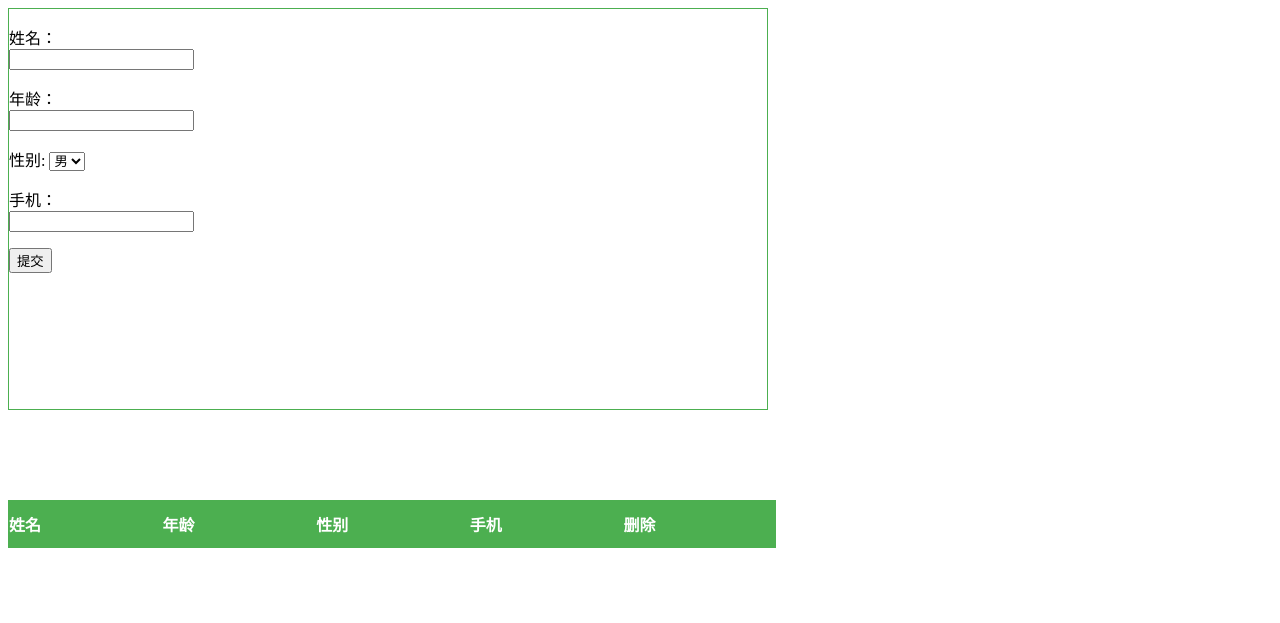
Repository: 1404413577/jsdemo
Page: small-demo/录入信息.html
An editor plug-in stored every save of this project. The page is shown before and after the next save, followed by the edit.
The browser window is 1280 px wide. The pictures show the whole page.

Above is the page before, as saved 2022-11-20 16:22:58.

After the next save:
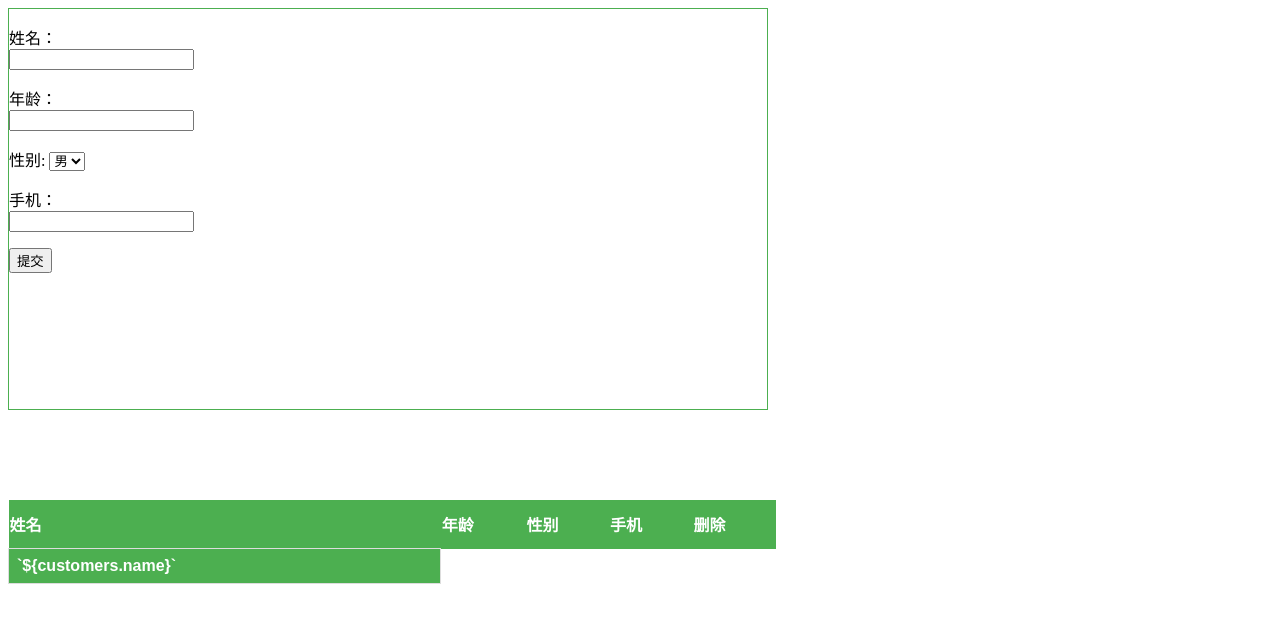
Saved 53 s later.
--- a/small-demo/录入信息.html
+++ b/small-demo/录入信息.html
@@ -83,6 +83,7 @@
             <th>删除</th>
         </tr>
         <tr id="customers">
+            <th>`${customers.name}`</th>
         </tr>
     </table>
 </body>
@@ -97,7 +98,7 @@
         let obj = { name: input[0].value, age: input[1].value, gender: gender.value, phone: input[2].value }
         staus.push(obj)
         console.log(staus)
-        customers.innerText = JSON.parse(staus)
+        customers.innerText = JSON.stringify(staus)
     }
 
 

After the save that followed:
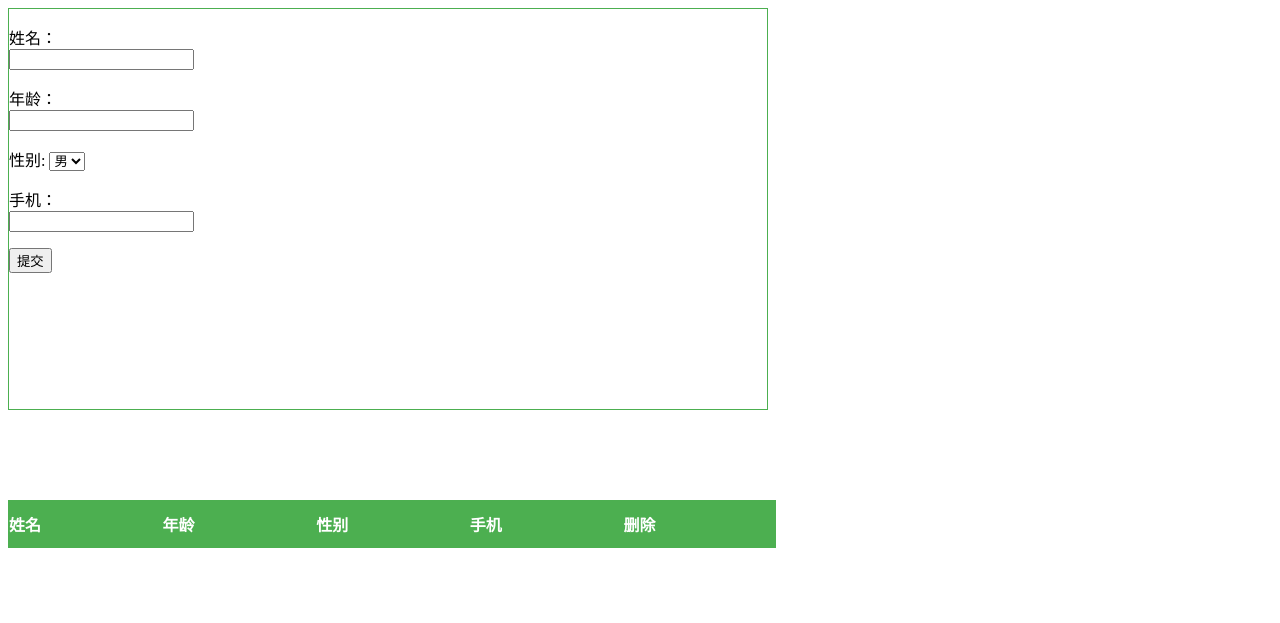
Saved 5 min 27 s later.
--- a/small-demo/录入信息.html
+++ b/small-demo/录入信息.html
@@ -83,7 +83,7 @@
             <th>删除</th>
         </tr>
         <tr id="customers">
-            <th>`${customers.name}`</th>
+
         </tr>
     </table>
 </body>
@@ -98,7 +98,17 @@
         let obj = { name: input[0].value, age: input[1].value, gender: gender.value, phone: input[2].value }
         staus.push(obj)
         console.log(staus)
-        customers.innerText = JSON.stringify(staus)
+        staus.forEach((item,index) => {
+            tr +=`
+            <tr>${item.name}</tr>
+            <tr>${item.age}</tr>
+            <tr>${item.gender}</tr>
+            <tr>${item.phone}</tr>
+            <tr>${item.index}</tr>
+            `
+        });
+
+        customers.innerHTML = tr
     }
 
 
